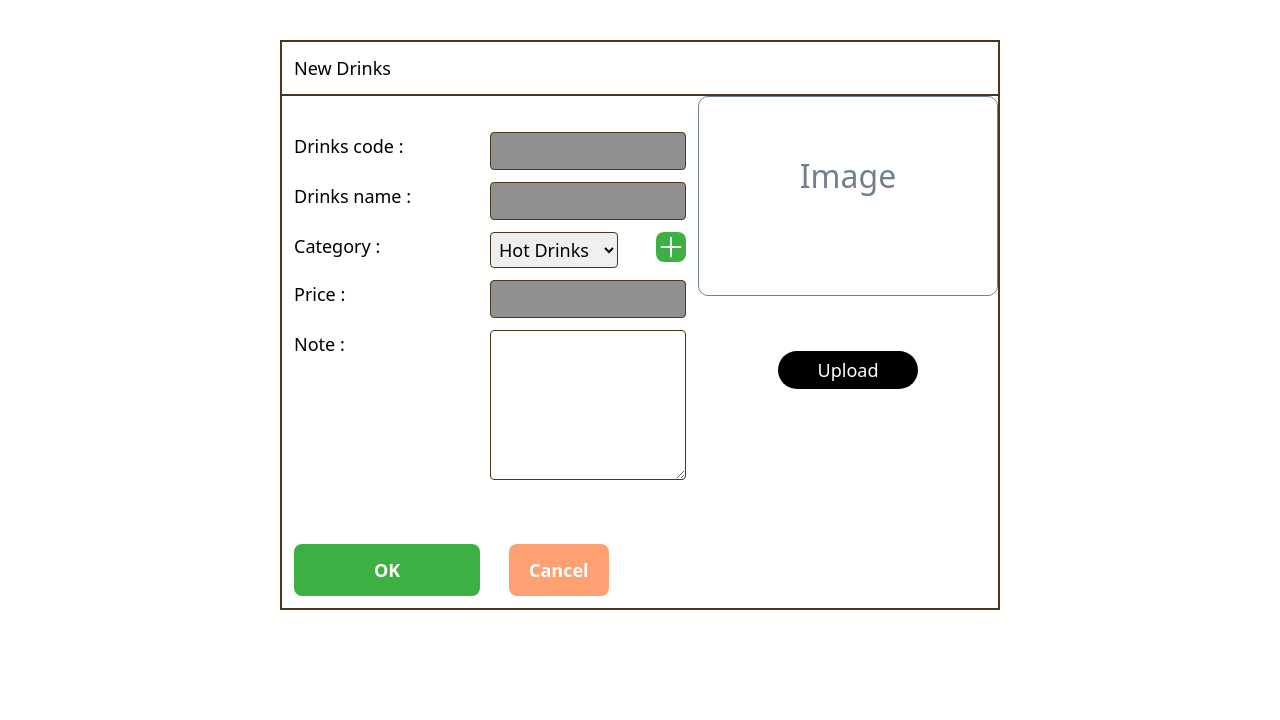
Repository: Dapravith/Midterm-SE-GIC-Cafe-Project-Group16
Page: bin/main/templates/addDrink.html
These files come from the project's save history. The page is drawn as it stood at one moment and after the next save; the edit follows.
The browser window is 1280 px wide. The pictures show the whole page.
Some web libraries are served in a nearby version.

Above is the page before, as saved 2023-05-17 07:37:48.

### bin/main/templates/addDrink.html
<!DOCTYPE html>
<html lang="en">

<head>
    <meta charset="UTF-8">
    <meta http-equiv="X-UA-Compatible" content="IE=edge">
    <meta name="viewport" content="width=device-width, initial-scale=1.0">
    <title>CRUD PRODUCTS</title>
    <script src="https://cdn.tailwindcss.com"></script>
    <style>
        * {
            margin: 0;
            padding: 0;
            box-sizing: border-box;
        }

        button:hover {
            box-shadow: 0 12px 16px 0 rgba(228, 209, 209, 0.24), 0 17px 50px 0 rgba(90, 81, 81, 0.19);
        }

        .child2 {
            height: 300px;
            display: flex;
            gap: 60px;
            flex-direction: column;
            align-items: center;
        }

        .child2 .image-container {
            border: 1px solid slategray;
            border-radius: 10px;
            height: 200px;
            width: 300px;
            overflow: hidden;
        }

        .child2 .image-container img {
            width: 100%;
            object-fit: cover;
        }

        .child2 .image-container span {
            font-size: 32px;
            width: 100%;
            height: 80%;
            display: flex;
            justify-content: center;
            align-items: center;
            color: slategray;
        }

        .child2 .file input {
            display: none;
        }

        .child2 .file label {
            padding: 7px 40px;
            background: rgb(0, 0, 0);
            border-radius: 20px;
            color: #fff;
            font-weight: 800px;
            cursor: pointer;
        }

        input:nth-child(2) {
            flex: 1;
            background-color: #909090;
        }
    </style>
</head>

<body class="m-10 text-lg">
    <!-- CRUD PRODUCTS -->
    <div class="new_drink w-[60%] h-fit m-auto  border-[2px] border-solid border-[#4B371C] ">
        <div class="p-3 head">
            <h2>New Drinks</h2>
        </div>
        <div class="w-[100%] border-[1px] border-solid border-[#4B371C]"></div>
        <div class="flex">
            <div class="add_drink w-[60%]">
                <div class="py-3 ">
                    <form action="#" class="p-3 ">
                        <div class="grid grid-cols-2 mt-3">
                            <label class="mr-5" for="dcode">Drinks code :</label>
                            <input type="text" id="dcode" name="" class="p-1 border-[1px] border-solid border-[#4B371C] rounded" placeholder="">
                        </div>
                        <div class="grid grid-cols-2 mt-3">
                            <label class="mr-5" for="dname">Drinks name :</label>
                            <input type="text" id="dname" name="" class="p-1 border-[1px] border-solid border-[#4B371C] rounded" placeholder="">
                        </div>
                        <div class="grid grid-cols-2 mt-3">
                            <label class="mr-5" for="category">Category :</label>
                            <div class="flex justify-between">
                                <select type="add-item" id="category" name="" class="p-1 border-[1px] border-solid border-[#4B371C] rounded" placeholder="">
                                    <option value="1">Hot Drinks</option >
                                    <option value="2" >Cool Drinks</option >
                                    <option value="3" >Frappe</option >
                                </select>
                                <button id="add_category" class=" w-fit h-fit bg-[#3CB043] text-center text-white font-bold cursor-pointer duration-100 rounded-lg">
                                    <svg xmlns="http://www.w3.org/2000/svg" fill="none" viewBox="0 0 24 24" stroke-width="1.5" stroke="currentColor" class="w-[30px] h-[30px] " onclick="showPopup()">
                                        <path stroke-linecap="round" stroke-linejoin="round" d="M12 4.5v15m7.5-7.5h-15" />
                                    </svg>
                                </button>

                            </div>

                        </div>

                        <div class="grid grid-cols-2 mt-3">
                            <label class="mr-5" for="price">Price :</label>
                            <input name="" min="0" type="number" id="price" class="p-1 border-[1px] border-solid border-[#4B371C] rounded" placeholder="">
                        </div>
                        <div class="grid grid-cols-2 mt-3">
                            <label class="mr-5" for="note">Note :</label>
                            <textarea id="note" cols="50" rows="5" name="" class="p-1 w-full border-[1px] border-solid border-[#4B371C] rounded resize-x"> </textarea>
                        </div>
                    </form>
                </div>
                <br />
                <div>
                    <button class=" py-3 bg-[#3CB043] text-center text-white font-bold px-20 m-3 inline-block cursor-pointer duration-100 rounded-lg">OK</button>
                    <button class=" py-3 px-5 bg-[#FDA172] text-center text-white  font-bold p-3 m-3 inline-block cursor-pointer duration-100 rounded-lg">Cancel</button>
                </div>
            </div>
            <!-- image -->
            <div class="child2">
                <div class="image-container">
                    <img src="" alt="" id="output">
                    <span>Image</span>
                </div>
                <div class="file">
                    <label for="file">Upload</label>
                    <input name="file" id="file" type="file" onchange="loadFile(event)">
                </div>
            </div>
        </div>
    </div>
    </div>
    </div>
    </div>
    <!-- ADD NEW CATEGORY -->
    <div class="popup w-[100vw] h-[100vh] absolute top-[0] left-[0] bg-[#f1f1f199] hidden z-[100]">
        <main class="w-[20rem] absolute top-[50%] left-[50%] translate-x-[-50%] translate-y-[-50%]">
            <div class="none w-full h-fit m-auto  border-[2px] border-solid border-[#4B371C]">
                <div class="p-3 head">
                    <h2>New Category</h2>
                </div>
                <div class="w-[100%] border-[1px] border-solid border-[#4B371C]"></div>
                <div class="">
                    <form action="#" class="p-3 add_category">
                        <div class="grid grid-cols-2 mt-3">
                            <label for="gcode">Category code :</label>
                            <input type="text" id="dcode" name="" class="category_code border-[1px] border-solid border-[#4B371C] rounded" placeholder="" required>
                        </div>
                        <div class="grid grid-cols-2 mt-3">
                            <label for="gname">Category name :</label>
                            <input type="text" id="gname" name="" class="category_name border-[1px] border-solid border-[#4B371C] rounded" placeholder="" required>
                        </div>
                        <br />
                        <div class="flex">
                            <input id="okay" type="submit" value="OK" class=" py-3 bg-[#3CB043] text-center font-bold text-white px-16 in m-3 p-3 line-block cursor-pointer duration-100 rounded-lg">
                            <button class="cancel py-3 px-5 bg-[#FDA172] text-center font-bold text-white p-3 m-3 inline-block cursor-pointer duration-100 rounded-lg">Cancel</button>
                        </div>
                    </form>
                </div>
            </div>
        </main>

    </div>
    <script>
        const addNewCat = document.getElementById("add_category");
        const popup = document.querySelector(".popup");
        const form_add_category = document.querySelector(".add_category ");

        addNewCat.addEventListener("click", showPopup);

        function showPopup() {
            popup.classList.remove('hidden')
        }

        form_add_category.addEventListener("submit", () => {
            // alert("OMG")
            clear()
            popup.classList.add('hidden')
        });

        document.querySelector('.cancel').addEventListener('click', () => {
            clear()
            popup.classList.add('hidden')
        })

        popup.addEventListener('click', (e) => {
            const target = e.target;

            if (target.classList.contains('popup')) {
                popup.classList.add('hidden')
            }
        })

        const clear = () => {
            document.querySelector('.category_name').value = ""
            document.querySelector('.category_code').value = ""
        }
    </script>
</body>

</html>

After the next save:
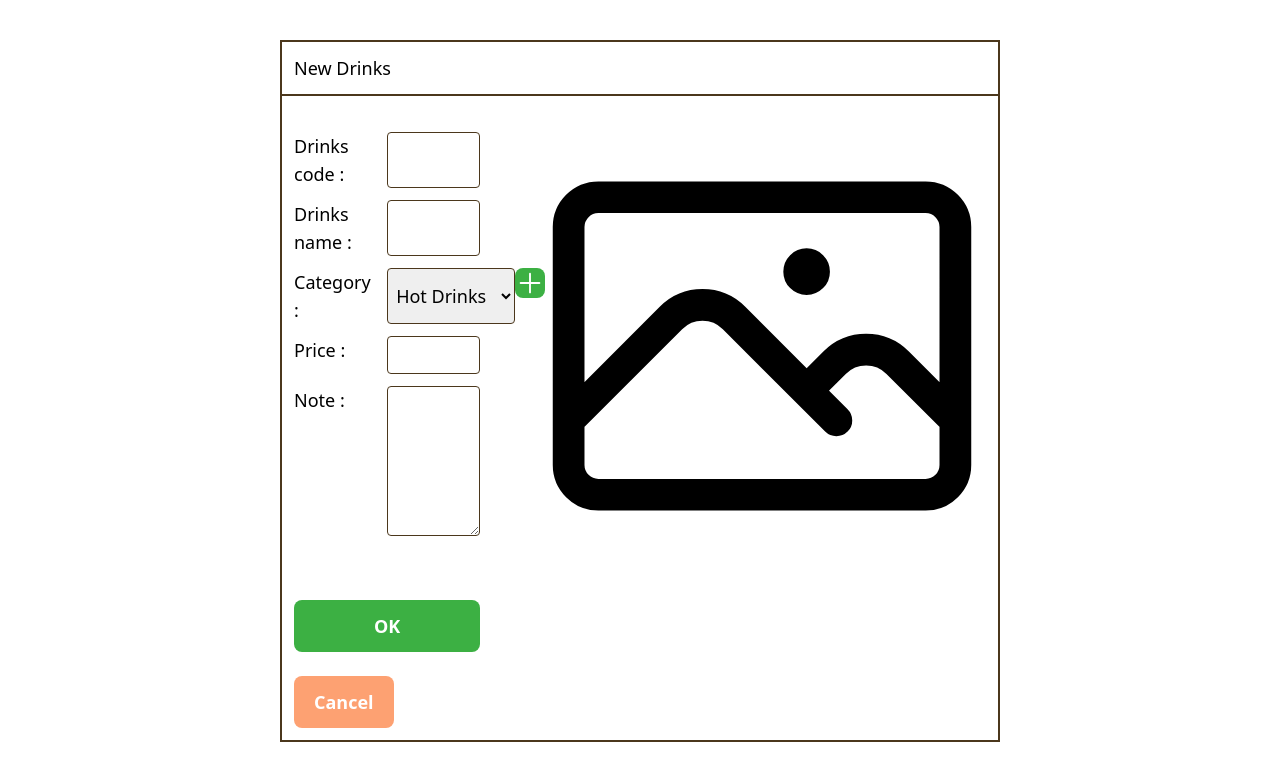
Saved 64 s later.
--- a/bin/main/templates/addDrink.html
+++ b/bin/main/templates/addDrink.html
@@ -17,60 +17,11 @@
         button:hover {
             box-shadow: 0 12px 16px 0 rgba(228, 209, 209, 0.24), 0 17px 50px 0 rgba(90, 81, 81, 0.19);
         }
-
-        .child2 {
-            height: 300px;
-            display: flex;
-            gap: 60px;
-            flex-direction: column;
-            align-items: center;
-        }
-
-        .child2 .image-container {
-            border: 1px solid slategray;
-            border-radius: 10px;
-            height: 200px;
-            width: 300px;
-            overflow: hidden;
-        }
-
-        .child2 .image-container img {
-            width: 100%;
-            object-fit: cover;
-        }
-
-        .child2 .image-container span {
-            font-size: 32px;
-            width: 100%;
-            height: 80%;
-            display: flex;
-            justify-content: center;
-            align-items: center;
-            color: slategray;
-        }
-
-        .child2 .file input {
-            display: none;
-        }
-
-        .child2 .file label {
-            padding: 7px 40px;
-            background: rgb(0, 0, 0);
-            border-radius: 20px;
-            color: #fff;
-            font-weight: 800px;
-            cursor: pointer;
-        }
-
-        input:nth-child(2) {
-            flex: 1;
-            background-color: #909090;
-        }
     </style>
 </head>
 
 <body class="m-10 text-lg">
-    <!-- CRUD PRODUCTS -->
+    <!-- GRUD PRODUCTS -->
     <div class="new_drink w-[60%] h-fit m-auto  border-[2px] border-solid border-[#4B371C] ">
         <div class="p-3 head">
             <h2>New Drinks</h2>
@@ -122,20 +73,19 @@
                     <button class=" py-3 px-5 bg-[#FDA172] text-center text-white  font-bold p-3 m-3 inline-block cursor-pointer duration-100 rounded-lg">Cancel</button>
                 </div>
             </div>
-            <!-- image -->
-            <div class="child2">
-                <div class="image-container">
-                    <img src="" alt="" id="output">
-                    <span>Image</span>
-                </div>
-                <div class="file">
-                    <label for="file">Upload</label>
-                    <input name="file" id="file" type="file" onchange="loadFile(event)">
-                </div>
+            <div class="ml-5 img">
+                <form action="#">
+                    <input id="file-input" type="file" name="file" hidden>
+                    <label for="file-input">
+                        <svg xmlns="http://www.w3.org/2000/svg"  fill="none" viewBox="0 0 24 24" stroke-width="1.6" stroke="currentColor" class="cursor-pointer w-[500px] h-fit p-3">
+                            <path stroke-linecap="round" stroke-linejoin="round" d="M2.25 15.75l5.159-5.159a2.25 2.25 0 013.182 0l5.159 5.159m-1.5-1.5l1.409-1.409a2.25 2.25 0 013.182 0l2.909 2.909m-18 3.75h16.5a1.5 1.5 0 001.5-1.5V6a1.5 1.5 0 00-1.5-1.5H3.75A1.5 1.5 0 002.25 6v12a1.5 1.5 0 001.5 1.5zm10.5-11.25h.008v.008h-.008V8.25zm.375 0a.375.375 0 11-.75 0 .375.375 0 01.75 0z" />
+                          </svg>
+                    </label>
+
+                </form>
+
             </div>
         </div>
-    </div>
-    </div>
     </div>
     </div>
     <!-- ADD NEW CATEGORY -->
